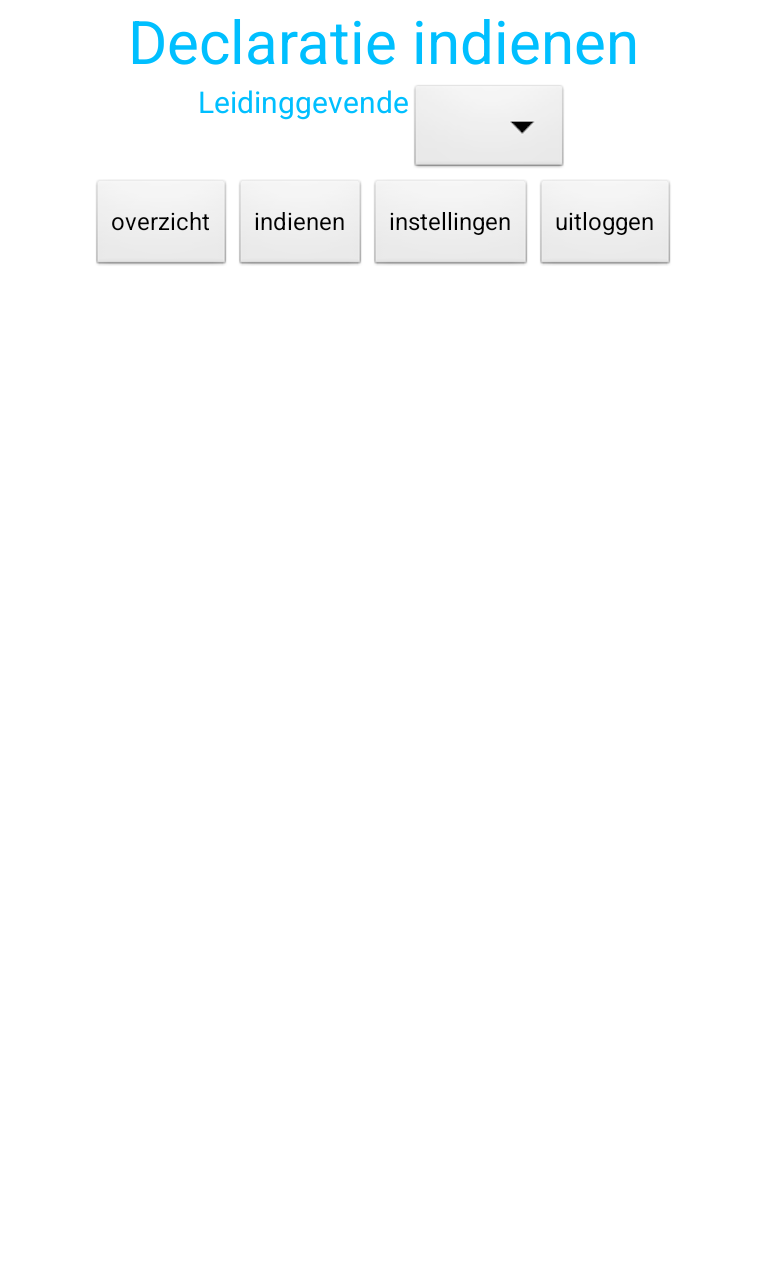
Repository: alexanderbolhuis/ilmoitus_mobile
Layout: LoginActivity/res/layout/activity_declare.xml
An editor plug-in stored every save of this project. The layout is shown before and after the next save, followed by the edit.
It is drawn on a 768 x 1280 px phone screen (xhdpi) without system bars, with theme AppTheme; the app's code is not run.

Above is the layout before, as saved 2014-05-04 19:18:11.

### LoginActivity/res/layout/activity_declare.xml
<?xml version="1.0" encoding="utf-8"?>
<LinearLayout xmlns:android="http://schemas.android.com/apk/res/android"
    xmlns:tools="http://schemas.android.com/tools"
    android:layout_width="fill_parent"
    android:layout_height="fill_parent"
    android:orientation="vertical"
    tools:ignore="all" >

    <TextView
        android:id="@+id/person_title"
        android:layout_width="wrap_content"
        android:layout_height="wrap_content"
        android:layout_gravity="center_horizontal"
        android:text="Declaratie indienen"
        android:textColor="#00BFFF"
        android:textSize="30dp" />

    <TableLayout
        android:layout_width="fill_parent"
        android:layout_height="wrap_content"
        android:orientation="vertical" >

        <TableRow
            android:id="@+id/tableRow1"
            android:layout_width="match_parent"
            android:layout_height="wrap_content"
            android:gravity="center_horizontal" >

            <TextView
                android:layout_width="match_parent"
                android:layout_height="wrap_content"

                android:text="Leidinggevende"
                android:textColor="#00BFFF"
                android:textSize="15dp" />

            <Spinner
                android:id="@+id/spinner1"
                android:layout_width="match_parent"
		        android:layout_height="wrap_content"
                android:gravity="center"
                android:prompt="@string/prompt_spinner"
                android:width="10px" />
        </TableRow>

	</TableLayout>

    <LinearLayout
        android:layout_width="match_parent"
        android:layout_height="wrap_content"
        android:gravity="center" >

        <!-- TODO: make icons for the buttons -->

        <Button
            android:id="@+id/buttonOvervieuw"
            android:layout_width="wrap_content"
            android:layout_height="wrap_content"
            android:onClick="onButtonClick"
            android:text="@string/overvieuw"
            android:textSize="12sp" />

        <Button
            android:id="@+id/buttonDeclare"
            android:layout_width="wrap_content"
            android:layout_height="wrap_content"
            android:onClick="onDeclareButtonClick"
            android:text="@string/declare"
            android:textSize="12sp" />

        <Button
            android:id="@+id/buttonSetting"
            android:layout_width="wrap_content"
            android:layout_height="wrap_content"
            android:onClick="onButtonClick"
            android:text="@string/settings"
            android:textSize="12sp" />

        <Button
            android:id="@+id/buttonLogout"
            android:layout_width="wrap_content"
            android:layout_height="wrap_content"
            android:onClick="onButtonClick"
            android:text="@string/log_out"
            android:textSize="12sp" />
    </LinearLayout>

</LinearLayout>

### LoginActivity/res/values/styles.xml
<?xml version="1.0" encoding="utf-8"?>
<resources>

    <!--
Base application theme, dependent on API level. This theme is replaced
by AppBaseTheme from res/values-vXX/styles.xml on newer devices.

-->
    <style name="AppBaseTheme" parent="android:Theme.Light">
        <!--
Theme customizations available in newer API levels can go in
res/values-vXX/styles.xml, while customizations related to
backward-compatibility can go here.

-->
    </style>

    <!-- Application theme. -->
    <style name="AppTheme" parent="android:Theme.Light">
        <!-- All customizations that are NOT specific to a particular API-level can go here. -->
    </style>

    <style name="LoginFormContainer">
        <item name="android:layout_width">match_parent</item>
        <item name="android:layout_height">wrap_content</item>
        <item name="android:padding">16dp</item>
    </style>
    <color name="coloredText">#0000FF</color>
    <color name="background">#FFFFFF</color>

</resources>

### LoginActivity/res/values/strings.xml
<?xml version="1.0" encoding="utf-8"?>
<resources>

    <string name="app_name">Ilmoitus</string>
    <string name="action_settings">Settings</string>
    <string name="hello_world">Hello world!</string>
    <string name="declare">indienen</string>
    <string name="log_out">uitloggen</string>
    <string name="overvieuw">overzicht</string>
    <string name="settings">instellingen</string>
    <string name="title_activity_declare">DeclareActivity</string>
    <string name="title_activity_declare_item">DeclareItemActivity</string>

    <string name="prompt_spinner"></string>

</resources>

After the next save:
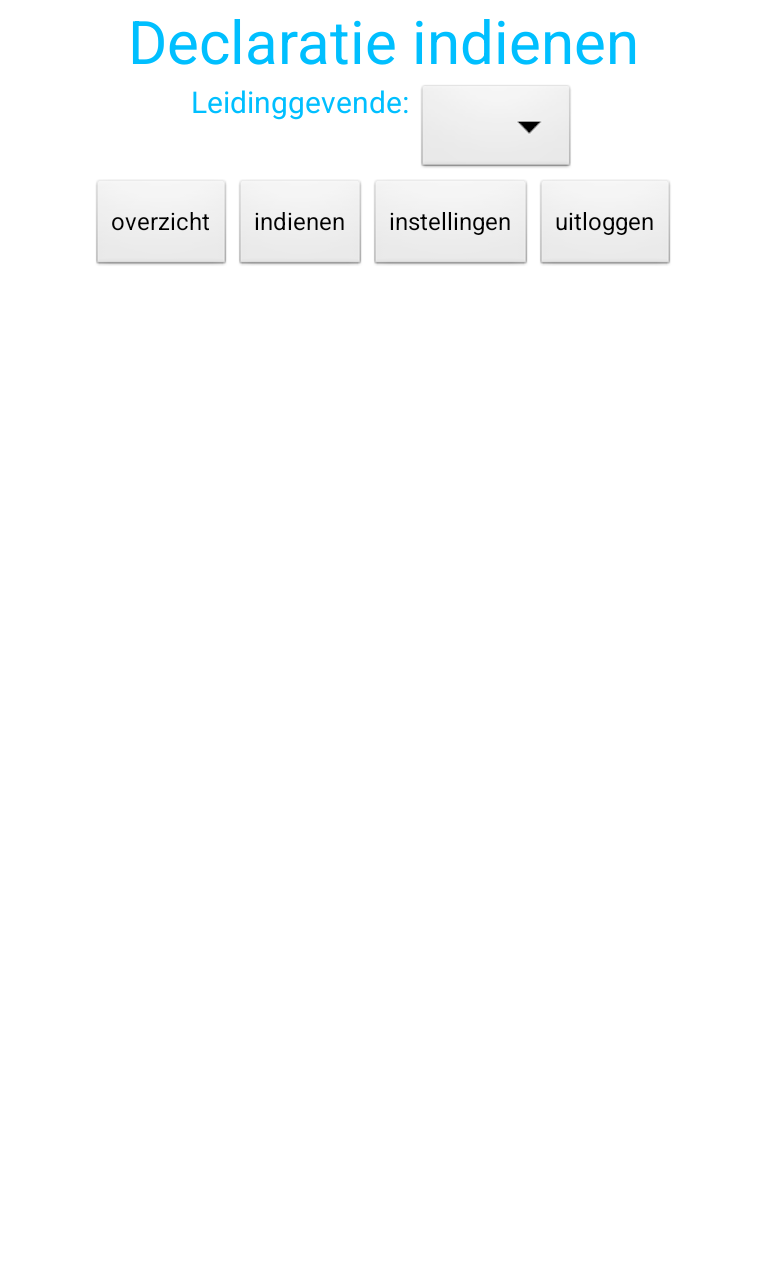
Saved 69 s later.
--- a/LoginActivity/res/layout/activity_declare.xml
+++ b/LoginActivity/res/layout/activity_declare.xml
@@ -29,8 +29,7 @@
             <TextView
                 android:layout_width="match_parent"
                 android:layout_height="wrap_content"
-
-                android:text="Leidinggevende"
+                android:text="Leidinggevende: "
                 android:textColor="#00BFFF"
                 android:textSize="15dp" />
 
